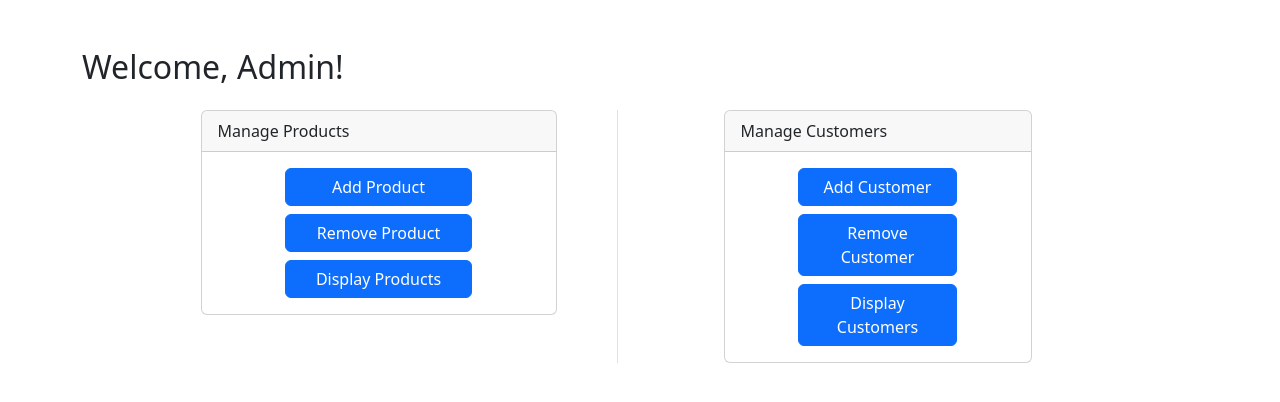
Repository: satvikagrasani/Layered-Architecture
Page: http://localhost/OnlineShoppingSystem/admindashboard.jsp
An editor plug-in stored every save of this project. The page is shown before and after the next save, followed by the edit.
The browser window is 1280 px wide. The pictures show the whole page.
The page is served by Tomcat 9.

Above is the page before, as saved 2023-09-04 16:40:05.

### Layered Architecture/OnlineShoppingSystem/src/main/webapp/admindashboard.jsp
<%@ page language="java" contentType="text/html; charset=ISO-8859-1"
    pageEncoding="ISO-8859-1"%>
<!doctype html>
<html lang="en">
  <head>
    <meta charset="utf-8">
    <meta name="viewport" content="width=device-width, initial-scale=1">
    <title>Bootstrap demo</title>
    <link href="https://cdn.jsdelivr.net/npm/bootstrap@5.3.1/dist/css/bootstrap.min.css" rel="stylesheet" integrity="sha384-4bw+/aepP/YC94hEpVNVgiZdgIC5+VKNBQNGCHeKRQN+PtmoHDEXuppvnDJzQIu9" crossorigin="anonymous">

    <style>
    .line {
        border-top: 1px solid #ccc; /* Horizontal line color */
        width: 100%;
        max-width: 50px; /* Adjust the width of the line as needed */
    }
	</style>

  </head>
  <body>

    <div class="alert alert-${status}" role="alert" id="errorAlert">
	    ${successMessage}
	</div>

            <script>
                setTimeout(function() {
                    var errorAlert = document.getElementById('errorAlert');
                    if (errorAlert) {
                        errorAlert.style.display = 'none';
                    }
                }, 4000); // Hide after 4 seconds
            </script>





    <div class="container mt-5">
        <h2>Welcome, Admin!</h2>
        <div class="row mt-4 justify-content-center">
            <div class="col-md-4">
                <div class="card">
                    <div class="card-header">Manage Products</div>
                    <div class="card-body">

                        <div class="d-grid gap-2 col-7 mx-auto">
						  <button type="button" class="btn btn-primary" data-bs-toggle="modal" data-bs-target="#exampleModalp1"> Add Product </button>
						  <button type="button" class="btn btn-primary" data-bs-toggle="modal" data-bs-target="#exampleModalp2"> Remove Product </button>
						  <a type="button" class="btn btn-primary" href="${pageContext.request.contextPath}/displayProducts?method=get">Display Products</a>
					   </div>

                    </div>


                    <div class="modal fade" id="exampleModalp1" tabindex="-1" aria-labelledby="exampleModalLabel" aria-hidden="true">
					  <div class="modal-dialog">

					    <div class="modal-content">
					      <div class="modal-header">
					        <h1 class="modal-title fs-5" id="exampleModalLabel">Add Product</h1>
					        <button type="button" class="btn-close" data-bs-dismiss="modal" aria-label="Close"></button>
					      </div>

					      <div class="modal-body">

					        <div class="container">
					        	<form action="${pageContext.request.contextPath}/productData" method="post">
								  <div class="mb-3">
								    <label for="pno" class="form-label">Product no</label>
								    <input type="number" name="pno" class="form-control" id="pno" aria-describedby="emailHelp">
								  </div>
								  <div class="mb-3">
								    <label for="pname" class="form-label">Product name</label>
								    <input type="text" name="pname" class="form-control" id="pname">
								  </div>
								  <div class="mb-3">
								    <label for="pprice" class="form-label">Product price</label>
								    <input type="number" name="pprice" class="form-control" id="pprice">
								  </div>
								  <div class="mb-3">
								    <label for="pquant" class="form-label">Product quantity</label>
								    <input type="number" name="pquant" class="form-control" id="pquant">
								  </div>
								  <div class="mb-3">
								    <label for="pdquant" class="form-label">Product discount</label>
								    <input type="number" name="pdquant" class="form-control" id="pdquant">
								  </div>
								  <button type="submit" class="btn btn-primary">Submit</button>
								</form>
					        </div>

					      </div>

					    </div>
					  </div>
					</div>



					<div class="modal fade" id="exampleModalp2" tabindex="-1" aria-labelledby="exampleModalLabel" aria-hidden="true">
					  <div class="modal-dialog">
					    <div class="modal-content">
					      <div class="modal-header">
					        <h1 class="modal-title fs-5" id="exampleModalLabel">Remove Product</h1>
					        <button type="button" class="btn-close" data-bs-dismiss="modal" aria-label="Close"></button>
					      </div>
					      <div class="modal-body">
					        <div class="container">
					        	<form action="${pageContext.request.contextPath}/deleteProduct" method="post">
								  <div class="mb-3">
								    <label for="pno" class="form-label">Product no</label>
								    <input type="number" name="pno" class="form-control" id="pno" aria-describedby="emailHelp">
								  </div>
								  <div class="mb-3">
								    <label for="pname" class="form-label">Product name</label>
								    <input type="text" name="pname" class="form-control" id="pname">
								  </div>

								  <button type="submit" class="btn btn-danger">Remove</button>

								</form>
					        </div>
					      </div>

					    </div>
					  </div>
					</div>




                </div>
            </div>



            <div class="col-md-1 border-start ms-5 "></div>


            <div class="col-md-4 ">
                <div class="card me-5">
                    <div class="card-header">Manage Customers</div>
                    <div class="card-body">

                    <div class="d-grid gap-2 col-7 mx-auto">
						  <button type="button" class="btn btn-primary" data-bs-toggle="modal" data-bs-target="#exampleModal"> Add Customer </button>
						  <button type="button" class="btn btn-primary" data-bs-toggle="modal" data-bs-target="#exampleModal1"> Remove Customer </button>
						  <a type="button" class="btn btn-primary" href="${pageContext.request.contextPath}/displayCustomers?method=get">Display Customers</a>

					</div>

					</div>


					<div class="modal fade" id="exampleModal" tabindex="-1" aria-labelledby="exampleModalLabel" aria-hidden="true">
					  <div class="modal-dialog">

					    <div class="modal-content">
					      <div class="modal-header">
					        <h1 class="modal-title fs-5" id="exampleModalLabel">Add Customer</h1>
					        <button type="button" class="btn-close" data-bs-dismiss="modal" aria-label="Close"></button>
					      </div>

					      <div class="modal-body">

					        <div class="container">
					        	<form action="${pageContext.request.contextPath}/customerData" method="post">
								  <div class="mb-3">
								    <label for="exampleInputEmail1" class="form-label">Enter id</label>
								    <input type="number" name="cusid" class="form-control" id="cusid" aria-describedby="emailHelp">
								  </div>
								  <div class="mb-3">
								    <label for="cusemail" class="form-label">Enter email</label>
								    <input type="email" name="cusemail" class="form-control" id="cusemail">
								  </div>
								  <div class="mb-3">
								    <label for="cusname" class="form-label">Enter name</label>
								    <input type="text" name="cusname" class="form-control" id="cusname">
								  </div>
								  <div class="mb-3">
								    <label for="cuspass" class="form-label">Enter password</label>
								    <input type="text" name="cuspass" class="form-control" id="cuspass">
								  </div>
								  <div class="mb-3">
								    <label for="cusbal" class="form-label">Initial balance</label>
								    <input type="text" name="cusbal" class="form-control" id="cusbal">
								  </div>
								  <button type="submit" class="btn btn-primary">Submit</button>
								</form>
					        </div>
					      </div>

					    </div>
					  </div>
					</div>




					<div class="modal fade" id="exampleModal1" tabindex="-1" aria-labelledby="exampleModalLabel" aria-hidden="true">
					  <div class="modal-dialog">
					    <div class="modal-content">
					      <div class="modal-header">
					        <h1 class="modal-title fs-5" id="exampleModalLabel">Remove Customer</h1>
					        <button type="button" class="btn-close" data-bs-dismiss="modal" aria-label="Close"></button>
					      </div>
					      <div class="modal-body">
					        <div class="container">
					        	<form action="${pageContext.request.contextPath}/deleteCustomer" method="post">
								  <div class="mb-3">
								    <label for="cusid" class="form-label">Enter id</label>
								    <input type="number" name="cusid" class="form-control" id="cusid" aria-describedby="emailHelp">
								  </div>
								  <div class="mb-3">
								    <label for="cusemail" class="form-label">Enter email</label>
								    <input type="email" name="cusemail" class="form-control" id="cusemail">
								  </div>


								  <button type="submit" class="btn btn-danger">Remove</button>
								</form>
					        </div>
					      </div>

					    </div>
					  </div>
					</div>



                    </div>
                </div>
            </div>


        </div>
    </div>



    <script src="https://cdn.jsdelivr.net/npm/bootstrap@5.3.1/dist/js/bootstrap.bundle.min.js" integrity="sha384-HwwvtgBNo3bZJJLYd8oVXjrBZt8cqVSpeBNS5n7C8IVInixGAoxmnlMuBnhbgrkm" crossorigin="anonymous"></script>

    <script src="https://cdn.jsdelivr.net/npm/@popperjs/core@2.11.8/dist/umd/popper.min.js" integrity="sha384-I7E8VVD/ismYTF4hNIPjVp/Zjvgyol6VFvRkX/vR+Vc4jQkC+hVqc2pM8ODewa9r" crossorigin="anonymous"></script>
<script src="https://cdn.jsdelivr.net/npm/bootstrap@5.3.1/dist/js/bootstrap.min.js" integrity="sha384-Rx+T1VzGupg4BHQYs2gCW9It+akI2MM/mndMCy36UVfodzcJcF0GGLxZIzObiEfa" crossorigin="anonymous"></script>

  </body>
</html>

After the next save:
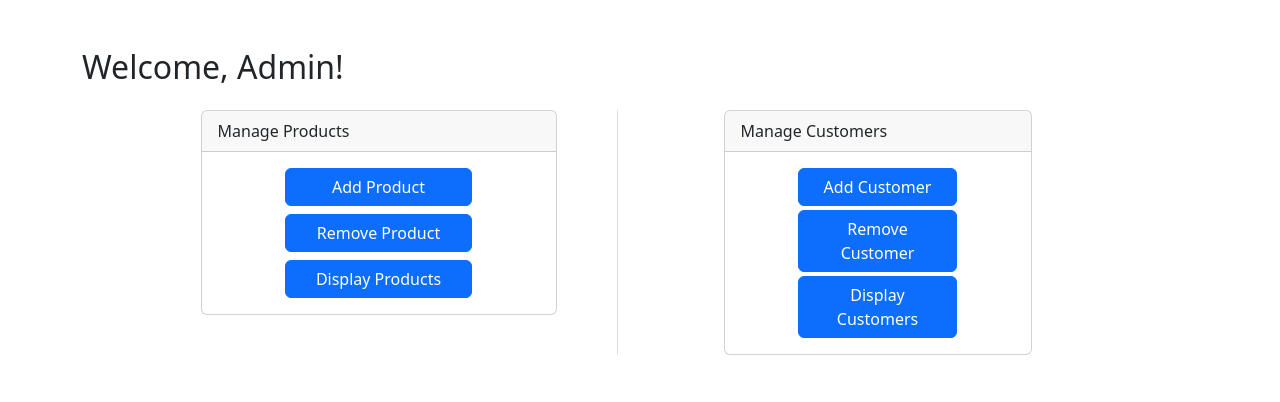
Saved 17 min 14 s later.
--- a/Layered Architecture/OnlineShoppingSystem/src/main/webapp/admindashboard.jsp
+++ b/Layered Architecture/OnlineShoppingSystem/src/main/webapp/admindashboard.jsp
@@ -143,7 +143,7 @@
                     <div class="card-header">Manage Customers</div>
                     <div class="card-body">
 
-                    <div class="d-grid gap-2 col-7 mx-auto">
+                    <div class="d-grid gap-1 col-7 mx-auto">
 						  <button type="button" class="btn btn-primary" data-bs-toggle="modal" data-bs-target="#exampleModal"> Add Customer </button>
 						  <button type="button" class="btn btn-primary" data-bs-toggle="modal" data-bs-target="#exampleModal1"> Remove Customer </button>
 						  <a type="button" class="btn btn-primary" href="${pageContext.request.contextPath}/displayCustomers?method=get">Display Customers</a>

After the save that followed:
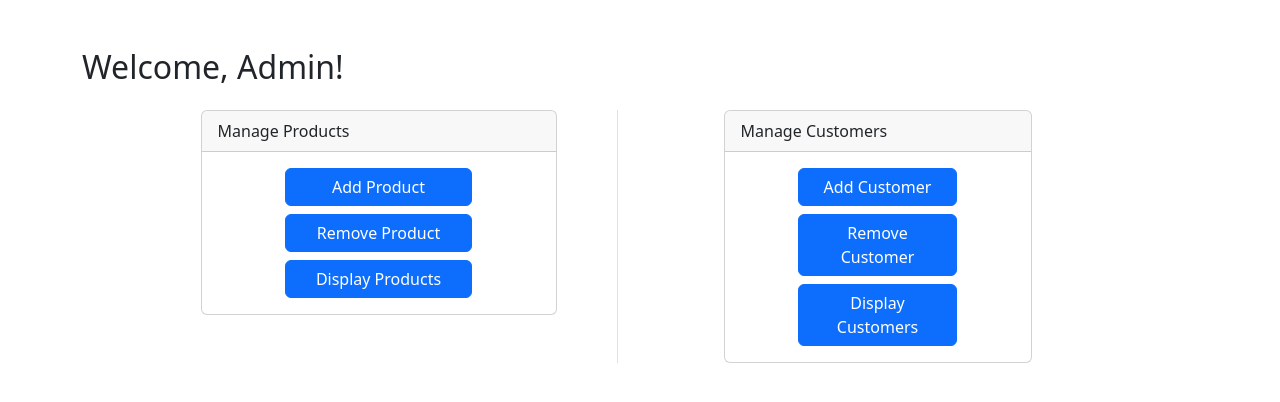
Saved 9 s later.
--- a/Layered Architecture/OnlineShoppingSystem/src/main/webapp/admindashboard.jsp
+++ b/Layered Architecture/OnlineShoppingSystem/src/main/webapp/admindashboard.jsp
@@ -143,7 +143,7 @@
                     <div class="card-header">Manage Customers</div>
                     <div class="card-body">
 
-                    <div class="d-grid gap-1 col-7 mx-auto">
+                    <div class="d-grid gap-2 col-7 mx-auto">
 						  <button type="button" class="btn btn-primary" data-bs-toggle="modal" data-bs-target="#exampleModal"> Add Customer </button>
 						  <button type="button" class="btn btn-primary" data-bs-toggle="modal" data-bs-target="#exampleModal1"> Remove Customer </button>
 						  <a type="button" class="btn btn-primary" href="${pageContext.request.contextPath}/displayCustomers?method=get">Display Customers</a>
